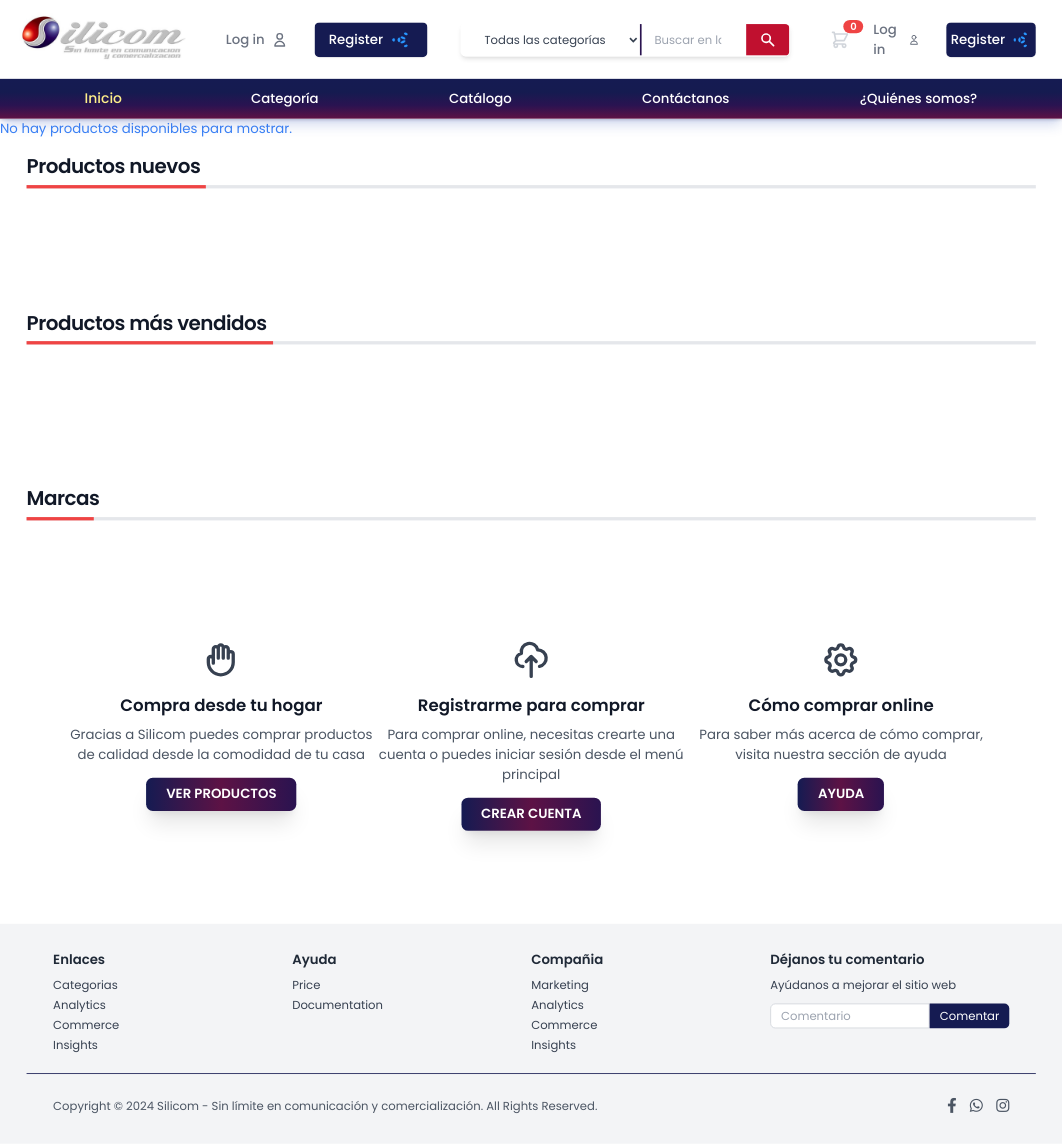
Repository: Francovg18/ecommerce
Page: /dashboard/payments
An editor plug-in stored every save of this project. The page is shown before and after the next save, followed by the edit.
The browser window is 1280 px wide. The pictures show the whole page, at 83% of full size.
The page's requests for data from a server got no answer. The project was rebuilt for these pictures with package versions that can differ from the ones it lists, and the page was loaded fresh each time. No one was signed in, and anything a server would have sent is missing. Also part of the build but not shown: src/containers/errors/Error404.jsx, src/containers/auth/Signup.js, src/containers/auth/Login.js, src/containers/auth/Activate.js, src/containers/auth/ResetPassword.js, src/containers/auth/ResetPasswordConfirm.js, src/components/product/ProductCard.js, src/helpers/fixedPrices.js and 24 more. Imported but missing from the stored project, and not drawn on this page: src/containers/pages/ContactUs.

Above is the page before, as saved 2025-01-22 20:40:09.

After the next save:
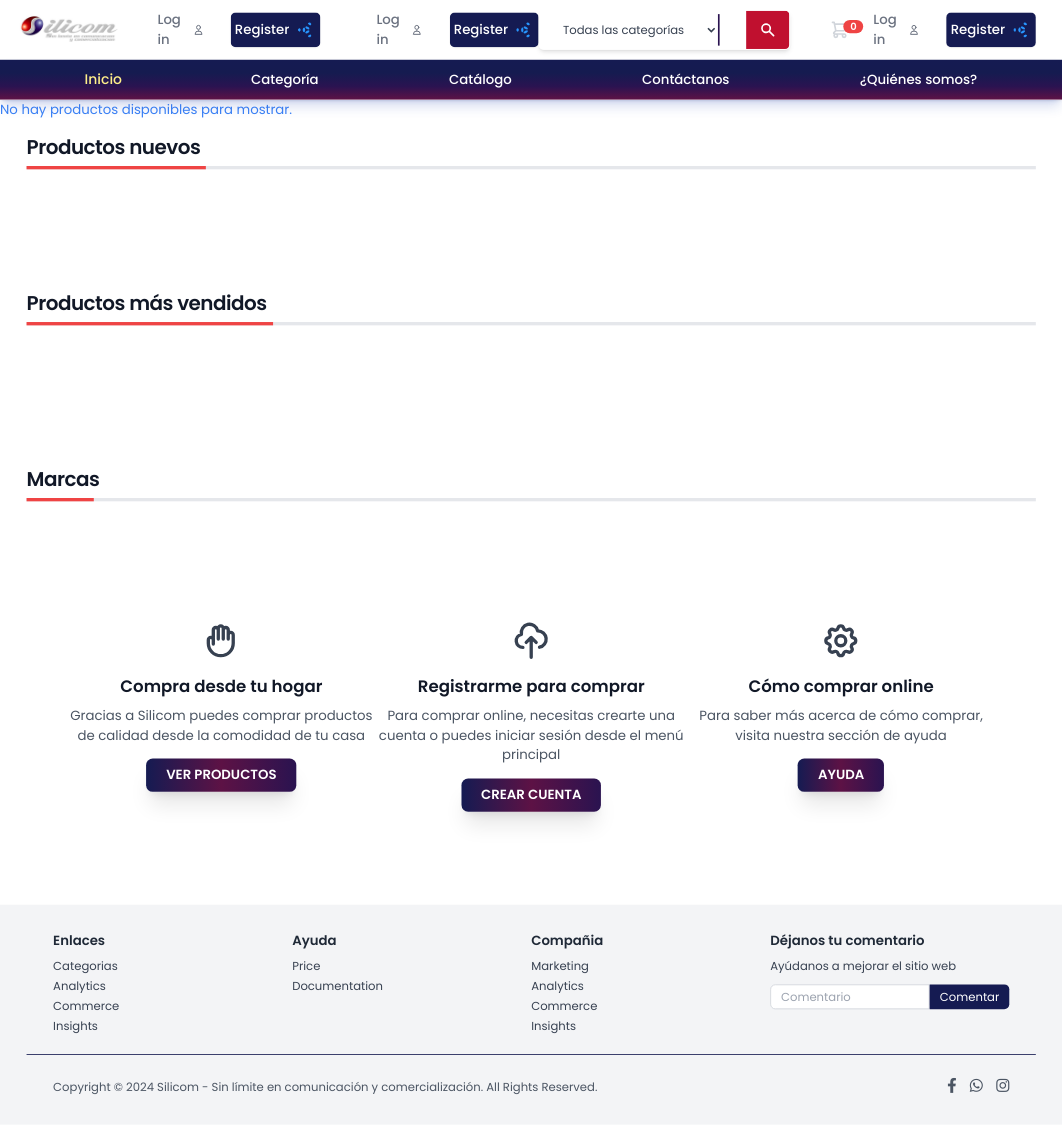
Saved 41 s later.
--- a/src/components/navigation/Navbar.js
+++ b/src/components/navigation/Navbar.js
@@ -182,6 +182,7 @@
       <Popover.Group as="nav" className="flex space-x-10">
         {window.location.pathname === '/search' ? null : (
           <div className="flex flex-1 justify-center">
+            {isAuthenticated ? authLinks:guestLinks}
             <SearchBox
               search={search}
               onChange={onChange}

After the save that followed:
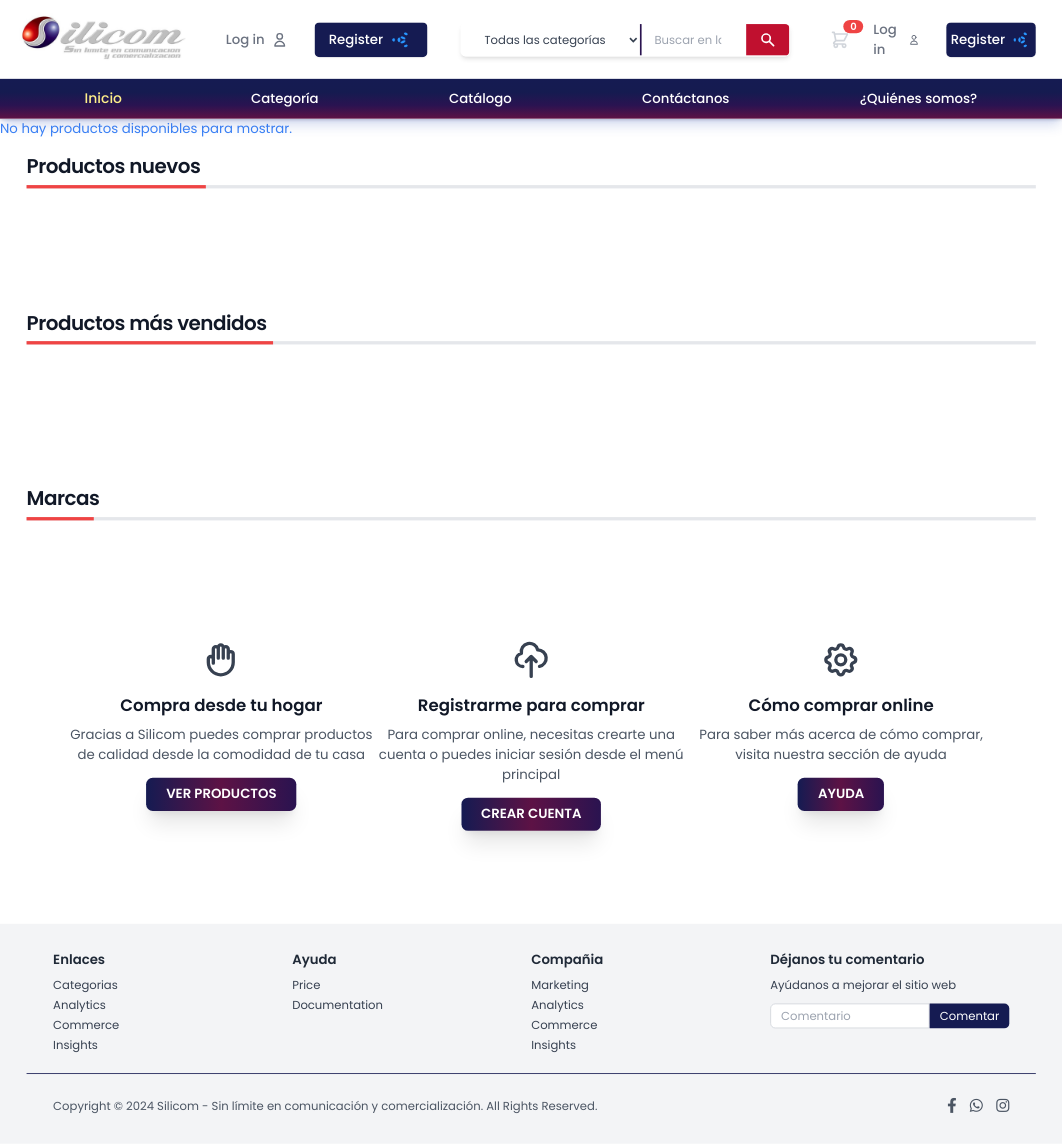
Saved 9 s later.
--- a/src/components/navigation/Navbar.js
+++ b/src/components/navigation/Navbar.js
@@ -182,7 +182,6 @@
       <Popover.Group as="nav" className="flex space-x-10">
         {window.location.pathname === '/search' ? null : (
           <div className="flex flex-1 justify-center">
-            {isAuthenticated ? authLinks:guestLinks}
             <SearchBox
               search={search}
               onChange={onChange}
